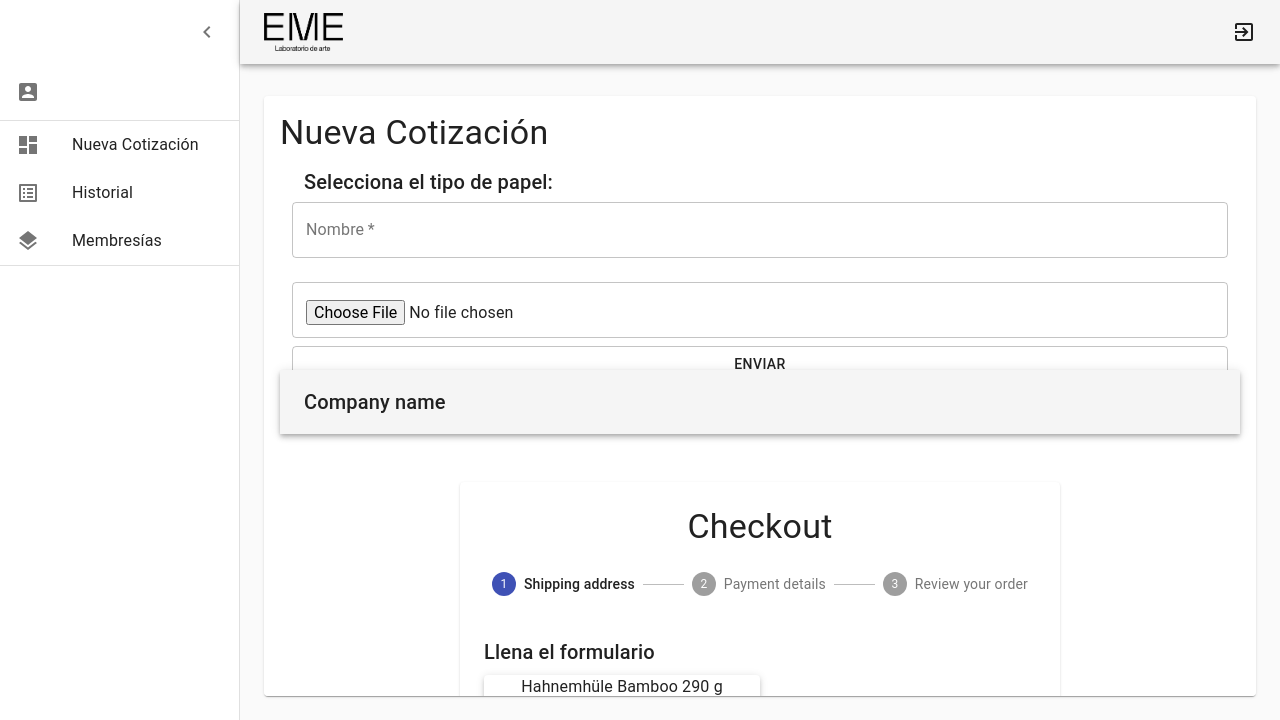
Repository: BrendaCarranco/eme-lab
Page: /Trabajo
An editor plug-in stored every save of this project. The page is shown before and after the next save, followed by the edit.
The browser window is 1280 px wide. The pictures show the whole page.
An inner scrolling area shows only its first screen. Some web libraries are served in a nearby version. The project was rebuilt for these pictures with package versions that can differ from the ones it lists, and the page was loaded fresh each time. Also part of the build but not shown: src/components/buildingPage/Building.js, src/temaConfig.js, src/components/buildingPage/Landing.js, src/components/login/Reset.js, src/components/Dashboard/Historial.js, src/components/Dashboard/Membresias.js, src/components/Dashboard/SizeForm.js, src/components/Dashboard/Review.js and 6 more.

Above is the page before, as saved 2020-08-30 20:01:16.

After the next save:
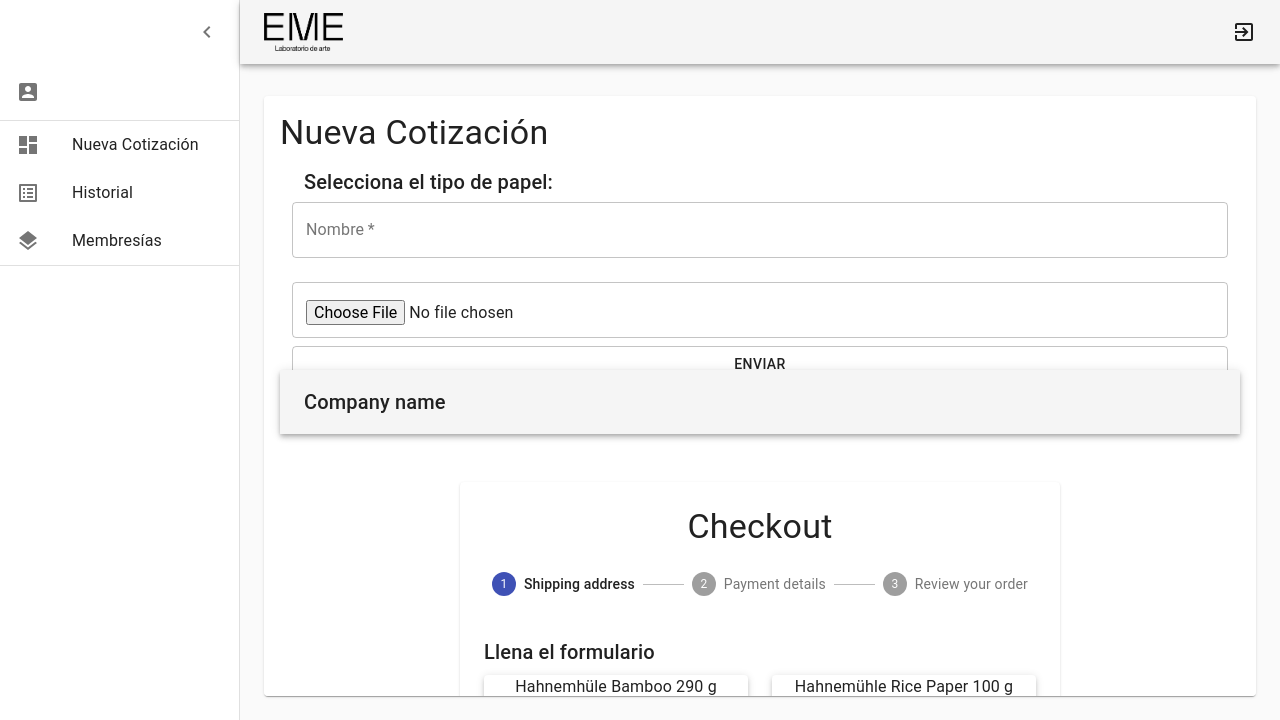
Saved 114 s later.
--- a/src/components/Dashboard/PaperForm.js
+++ b/src/components/Dashboard/PaperForm.js
@@ -62,7 +62,7 @@ export default function PaperForm({ firebaseUser, setUsersFiles, usersFiles }) {
         Llena el formulario
       </Typography>
       <Grid container spacing={3}>
-        <Grid item xs={12} sm={12}>
+
         <Grid item xs={12} sm={6}>
           <Paper elevation={3}>
             <Typography align="center">
@@ -123,7 +123,7 @@ export default function PaperForm({ firebaseUser, setUsersFiles, usersFiles }) {
             type='file'
             onChange={handleChangeFile}
           />
-        </Grid>
+
         <Typography variant="h6" gutterBottom>
         Selecciona el tipo de papel.
       </Typography>
